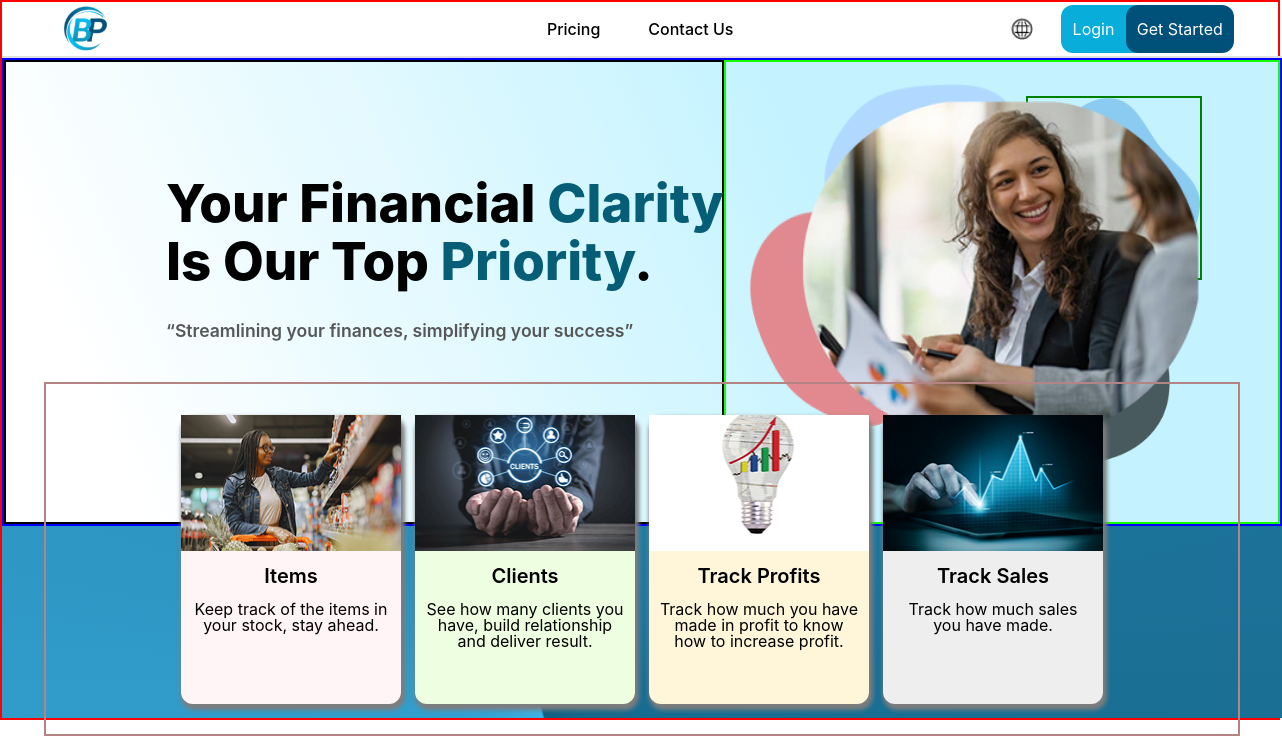
Repository: dark-txch/Bizpadi
Page: /
The author's editor kept a copy of each file at every save. The page is drawn from the files as they stood at one save, then again after the next save.
The browser window is 1280 px wide. The page is 1282 px wide, so the pictures cover 1282 px, including what lies to the right of the window. The pictures show the whole page.
The project was rebuilt for these pictures with package versions that can differ from the ones it lists, and the page was loaded fresh each time. Also part of the build but not shown: vite.config.js, src/components/ErrorBoundary.jsx, src/components/LandingPage/PricingPage/Pricing.jsx, src/components/LandingPage/LogInPage/LogIn.jsx.

Above is the page before, as saved 2025-04-07 10:00:47.

After the next save:
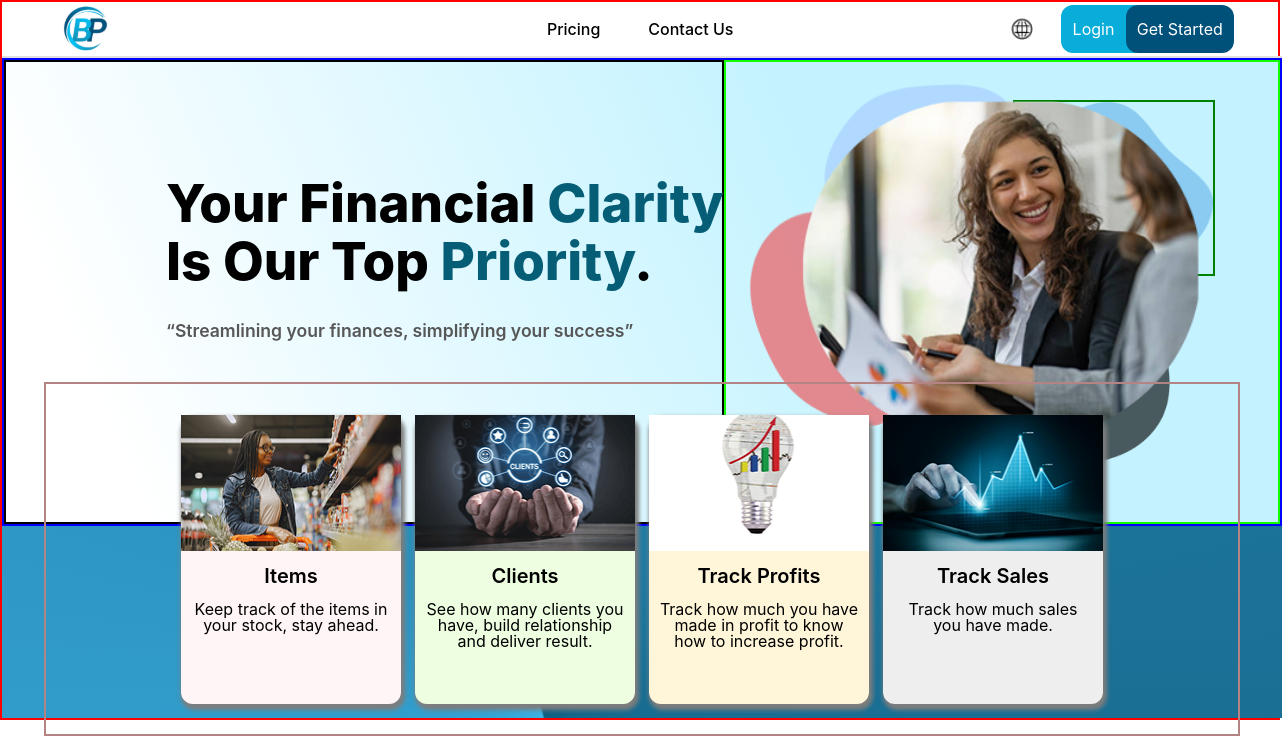
Saved 20 s later.
--- a/src/App.css
+++ b/src/App.css
@@ -204,9 +204,8 @@
 
 .landingPageImages > img:nth-of-type(5) {
 	/* Top right blue vector */
-	width: 176px;
-	height: 185;
-
+	width: 12.6rem;
+	height: 11rem;
 	transform: translate(7rem, -5rem);
 
 	border: 2px solid green;
